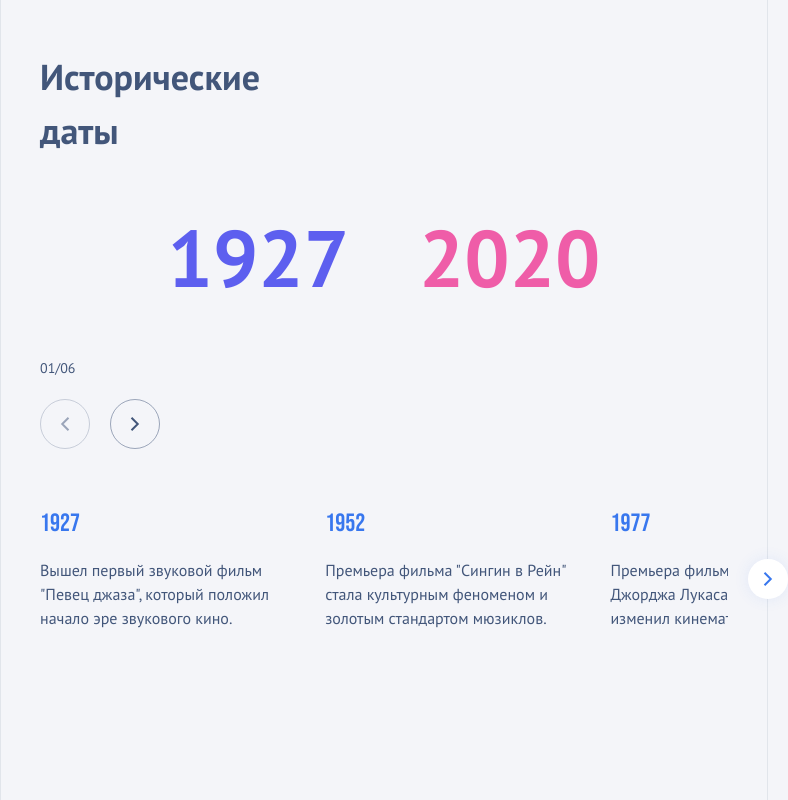
Repository: LenarTulupov/only
Page: /
These files come from the project's save history. The page is drawn as it stood at one moment and after the next save; the edit follows.
The browser window is 768 px wide. The page is 788 px wide, so the pictures cover 788 px, including what lies to the right of the window. The pictures show the whole page.
The project was rebuilt for these pictures with package versions that can differ from the ones it lists, and the page was loaded fresh each time.

Above is the page before, as saved 2024-12-19 02:12:57.

### public/index.html
<!DOCTYPE html>
<html lang="en">
  <head>
    <meta charset="utf-8" />
    <link rel="icon" href="%PUBLIC_URL%/favicon.ico" />
    <meta name="viewport" content="width=device-width, initial-scale=1" />
    <meta name="theme-color" content="#000000" />
    <meta
      name="description"
      content="Web site created using create-react-app"
    />
    <link rel="apple-touch-icon" href="%PUBLIC_URL%/logo192.png" />
    <link rel="manifest" href="%PUBLIC_URL%/manifest.json" />
    <title>Only Test</title>
  </head>
  <body>
    <noscript>You need to enable JavaScript to run this app.</noscript>
    <div id="root"></div>
  </body>
</html>

### src/index.tsx
import React from 'react';
import ReactDOM from 'react-dom/client';
import Router from './router/router';
import './globals.scss'

const root = ReactDOM.createRoot(
  document.getElementById('root') as HTMLElement
);
root.render(
  <React.StrictMode>
    <Router />
  </React.StrictMode>
);

### src/router/router.tsx
import { BrowserRouter, Route, Routes } from "react-router-dom";
import HomePage from "../pages/home/page";
import PagesLayout from "../layouts/pages-layout";

export default function Router() {
  return (
    <BrowserRouter>
      <Routes>
        <Route element={<PagesLayout />}>
          <Route path="/" element={<HomePage />} />
        </Route>
      </Routes>
    </BrowserRouter>
  )
};

### src/globals.scss
@import url('https://fonts.googleapis.com/css2?family=Bebas+Neue&family=PT+Sans:wght@400;700&display=swap');

:root {
  --background-color: #F4F5F9;
  --main-color: #42567a;
  --main-color-rgba: rgba(66, 86, 122, 0.5);
  --accent-color: #5D5FEF;
  --light-accent-color: #3877EE;
  --accent-second: #EF5DA8;
  --font-main: "PT Sans", serif;
  --font-second: "Bebas Neue", serif;
  --line-height: 150%;
  --font-size-main: 56px;
  --font-size-small: 14px;
  --font-size-big: 200px;
}
body {
  margin: 0;
  padding: 0;
  background-color: var(--background-color);
  color: var(--black-color);
  font-family: var(--font-main);
  line-height: var(--line-height);
}
ul {
  padding: 0;
  margin: 0;
}

li {
  list-style-type: none;
}

a {
  color: var(--black-color);
  text-decoration: none;
}

h1 {
  margin: 0;
}

### src/pages/home/page.tsx
import Container from "../../components/ui/container/container";
import Divider from "../../components/ui/divider/divider";
import HistorySection from "./history/history";
import styles from './page.module.scss';

export default function HomePage() {
  return (
    <div className={styles['home-page']}>
      <Container>
        <div className={styles['home-page__wrapper']}>
          <Divider
            position="vertical"
            className={styles.divider_vertical}
          />
          <HistorySection />
        </div>
      </Container>
    </div>
  )
};

### src/layouts/pages-layout.tsx
import { Outlet } from 'react-router-dom';
import styles from './pages-layout.module.scss';

export default function PagesLayout() {
  return (
    <div className={styles['pages-layout']}>
      <Outlet />
    </div>
  )
};

### src/components/ui/container/container.tsx
import { ReactNode } from "react"
import styles from './container.module.scss';

interface IContainer {
  children: ReactNode;
}

export default function Container({ children }: IContainer) {
  return (
    <div className={styles.container}>
      {children}
    </div>
  )
};

### src/components/ui/divider/divider.tsx
import styles from './divider.module.scss';

interface IDivider {
  position?: 'horizontal' | 'vertical';
  className?: string;
}

export default function Divider({
  position = 'horizontal', className }: IDivider) {
  return <div className={`
    ${styles.divider}
    ${styles[`divider_${position}`]}
    ${className || ''}
  `}/>
};

### src/pages/home/history/history.tsx
import { useState } from "react";
import Title from "../../../components/ui/title/title";
import { circleItems } from "../../../constants/circle-items";
import Circle from "./circle/circle";
import styles from './history.module.scss';
import StepNavigation from "./step-navigation/step-navigation";
import ContentContainer from "../../../components/ui/content-container/content-container";
import Divider from "../../../components/ui/divider/divider";
import Dates from "./dates/dates";
import HistorySlider from "./history-slider/history-slider";

export default function HistorySection() {
  const [activeButton, setActiveButton] = useState<number>(1);
  const activeCategory = circleItems.find((item) => item.id === activeButton);
  const firstDate = activeCategory?.events[0]?.year;
  const lastDate = activeCategory?.events.at(-1)?.year;
  return (
    <section className={styles.history}>
      <Title className={styles.history__title} showBefore>
        Исторические даты
      </Title>
      <div className={styles['history__circle-wrapper']}>
        <Circle
          className={styles.history__circle}
          activeButton={activeButton}
          setActiveButton={setActiveButton}
        />
        <Divider
          position="horizontal"
          className={styles['history__line-center']}
        />
        <Dates
          className={styles.history__dates}
          firstDate={firstDate}
          lastDate={lastDate}
        />
      </div>
      <ContentContainer>
        <StepNavigation
          activeButton={activeButton}
          setActiveButton={setActiveButton}
        />
        <HistorySlider
          activeCategory={activeCategory}
        />
      </ContentContainer>
    </section>
  )
};

### src/pages/home/page.module.scss
.home-page {
  &__wrapper {
    position: relative;
    min-height: 100vh;
    .divider_vertical {
      position: absolute;
      top: 0;
      left: 50%;
      transform: translateX(-50%);
      z-index: -10;
    }
  }

  &__wrapper::before {
    content: "";
    position: absolute;
    top: 0;
    bottom: 0;
    left: 0;
    width: 1px;
    background-color: var(--main-color);
    opacity: 0.1;
  }

  &__wrapper::after {
    content: "";
    position: absolute;
    top: 0;
    bottom: 0;
    right: 0;
    width: 1px;
    background-color: var(--main-color);
    opacity: 0.1;
  }
}
@media(max-width: 768px) {
  .divider_vertical {
    display: none;
  }
}

### src/components/ui/container/container.module.scss
.container {
  max-width: 1440px;
  margin: 0 auto;
}

### src/components/ui/divider/divider.module.scss
.divider {
  background-color: var(--main-color);
  opacity: 0.1;
  &_horizontal {
    width: 100%;
    height: 1px;
  }
  &_vertical {
    width: 1px;
    height: 100%;
  }
}

### src/components/ui/title/title.tsx
import { ReactNode } from 'react';
import styles from './title.module.scss';

interface ITitle {
  children: ReactNode;
  className?: string;
  color?: 'main' | 'blue' | 'light-blue' | 'pink';
  size?: 'main' | 'small'| 'big';
  showBefore?: boolean;
}

export default function Title({
  children,
  className,
  color = 'main',
  size = 'main',
  showBefore = false }: ITitle) {
  return (
    <h1
      className={`
        ${styles.title}
        ${className || ''}
        ${styles[`title__color-${color}`]}
        ${styles[`title__size-${size}`]}
        ${showBefore ? styles['title_before'] : ''}
      `}>
      {children}
    </h1>
  )
};

### src/pages/home/history/circle/circle.tsx
import { useEffect, useRef, Dispatch, SetStateAction } from 'react';
import { gsap } from 'gsap';
import { circleItems } from '../../../../constants/circle-items';
import styles from './circle.module.scss';

interface ICircle {
  className?: string;
  activeButton: number;
  setActiveButton: Dispatch<SetStateAction<number>>;
}

export default function Circle({
  className,
  activeButton,
  setActiveButton }: ICircle) {
  const circleRef = useRef<HTMLDivElement>(null);
  const buttonsRef = useRef<HTMLDivElement[]>([]);

  const handleActiveButton = (btnId: number) => {
    setActiveButton(btnId);
  };

  useEffect(() => {
    const rotationAngle = (1 - activeButton) * 60;
    gsap.to(circleRef.current, {
      rotate: rotationAngle,
      duration: 0.5,
      ease: 'power2.out',
    });

    buttonsRef.current.forEach((btn) => {
      let buttonRotation = 0;

      switch (activeButton) {
        case 2:
          buttonRotation = 60;
          break;
        case 3:
          buttonRotation = 120;
          break;
        case 4:
          buttonRotation = 180;
          break;
        case 5:
          buttonRotation = 240;
          break;
        case 6:
          buttonRotation = 300;
          break;
        default:
          buttonRotation = 0;
          break;
      }

      gsap.to(btn, {
        rotate: buttonRotation,
        duration: 0.5,
        ease: 'power2.out',
      });
    });
  }, [activeButton]);

  return (
    <div ref={circleRef} className={`${styles.circle} ${className || ''}`}>
      {circleItems.map((item, index) => {
        const btnId = index + 1;
        return (
          <div
            key={btnId}
            ref={(el) => (buttonsRef.current[index] = el!)}
            className={`
                ${styles[`circle__btn-${btnId}`]}
                ${styles.circle__btn}
                ${activeButton === btnId ? styles.active : ''}
              `}
            onClick={() => handleActiveButton(btnId)}
          >
            {btnId}
            <span
              className={`
                  ${styles['sub-title']}
                  ${activeButton === btnId ? styles.active : ''}
                `}
            >
              {item.category}
            </span>
          </div>
        );
      })}
    </div>
  );
}

### src/pages/home/history/history.module.scss
.history {
  padding: 50px 0;
  &__title {
    padding-left: 78px;
    width: 353px;
  }
  &__circle-wrapper {
    position: relative;
  }
  &__circle {
    margin: 0 auto;
  }
  &__line-center {
    position: absolute;
    top: 50%;
    left: 0;
    transform: translateY(-50%);
    z-index: -10;
  }
}
@media (max-width: 1100px) {
  .history__dates {
    font-size: 150px;
    gap: 190px !important;
  }
}
@media (max-width: 992px) {
  .history {
    &__title {
      font-size: 46px;
      padding-left: 40px;
    }
  }
}
@media (max-width: 900px) {
  .history__dates {
    font-size: 120px;
  }
}
@media (max-width: 768px) {
  .history {
    &__title {
      font-size: 36px;
      width: 230px;
    }
    &__circle {
      display: none;
    }
    &__circle-wrapper {
      margin: 40px 0;
    }
    &__dates {
      justify-content: center;
      font-size: 80px;
      position: static !important;
      gap: 70px !important;
      transform: translate(0) !important;
      text-align: center;
    }
    &__line-center {
      display: none;
    }
  }
}

### src/pages/home/history/step-navigation/step-navigation.tsx
import { Dispatch, SetStateAction } from "react";
import NavigationButtons from "./navigation-buttons/navigation-buttons";
import SliderStep from "./slider-step/slider-step";
import styles from './step-navigation.module.scss';

interface IStepNavigation {
  className?: string;
  activeButton: number;
  setActiveButton: Dispatch<SetStateAction<number>>;
}

export default function StepNavigation({
  className,
  activeButton,
  setActiveButton }: IStepNavigation) {

    const handleNext = () => {
      setActiveButton((p) => (p < 6 ? p + 1 : 1));
    };

    const handlePrev = () => {
      setActiveButton((p) => (p > 1 ? p - 1 : 6));
    };

    return (
      <div className={`${styles['step-navigation']} ${className || ''}`}>
        <SliderStep activeButton={activeButton} />
        <NavigationButtons
          handleNext={handleNext}
          handlePrev={handlePrev}
          isBeginning={activeButton === 1}
          isEnd={activeButton === 6}
        />
      </div>
    );
};

### src/components/ui/content-container/content-container.tsx
import { ReactNode } from 'react';
import styles from './content-container.module.scss';

interface IContentContainer {
  children: ReactNode;
  className?: string;
}

export default function ContentContainer({
  children, className }: IContentContainer) {
  return (
    <div className={`${styles['content-container']} ${className || ''}`}>
      {children}
    </div>
  )
};

### src/pages/home/history/dates/dates.tsx
import { useEffect, useState } from 'react';
import Title from '../../../../components/ui/title/title';
import styles from './dates.module.scss';

interface IDates {
  className?: string;
  firstDate: string;
  lastDate: string;
}

export default function Dates({ className, firstDate, lastDate }: IDates) {
  const [currentFirstDate, setCurrentFirstDate] = useState(Number(firstDate));
  const [currentLastDate, setCurrentLastDate] = useState(Number(lastDate));

  useEffect(() => {
    const animateNumber = (
      from: number,
      to: number,
      setNumber: React.Dispatch<React.SetStateAction<number>>
    ) => {
      const stepTime = 20;
      const steps = 50;
      const delta = (to - from) / steps;

      let currentStep = 0;
      const interval = setInterval(() => {
        currentStep += 1;
        const nextValue = from + delta * currentStep;
        setNumber(Math.round(nextValue));

        if (currentStep >= steps) {
          clearInterval(interval);
          setNumber(to);
        }
      }, stepTime);
    };

    animateNumber(Number(currentFirstDate), Number(firstDate), setCurrentFirstDate);
    animateNumber(Number(currentLastDate), Number(lastDate), setCurrentLastDate);
  }, [firstDate, lastDate]);
  return (
    <div className={`${styles.dates} ${className || ''}`}>
      <Title className={className} color='blue' size='big'>{currentFirstDate}</Title>
      <Title className={className} color='pink' size='big'>{currentLastDate}</Title>
    </div>
  )
};

### src/pages/home/history/history-slider/history-slider.tsx
import { useEffect, useRef, useState } from "react";
import { Swiper, SwiperClass, SwiperSlide } from "swiper/react";
import { Navigation } from "swiper/modules";
import { IHistorySlider } from "../../../../types/history-slider.interface";
import SliderContent from "./slider-content/slider-content";
import ArrowButton from "../../../../components/ui/arrow-button/arrow-button";
import "swiper/css";
import "swiper/css/navigation";
import styles from "./history-slider.module.scss";

export default function HistorySlider({ className, activeCategory }: IHistorySlider) {
  const [prevCategory, setPrevCategory] = useState(activeCategory);
  const [isBeginning, setIsBeginning] = useState(true);
  const [isEnd, setIsEnd] = useState(false);
  const containerRef = useRef<HTMLDivElement | null>(null);
  const prevRef = useRef<HTMLDivElement | null>(null);
  const nextRef = useRef<HTMLDivElement | null>(null);
  const swiperRef = useRef<SwiperClass | null>(null);

  useEffect(() => {
    if (prevCategory?.id !== activeCategory?.id) {
      if (containerRef.current) {
        containerRef.current.classList.add(styles["fade-out"]);

        setTimeout(() => {
          if (containerRef.current) {
            containerRef.current.classList.remove(styles["fade-out"]);
            setPrevCategory(activeCategory);
            containerRef.current.classList.add(styles["fade-in"]);

            setTimeout(() => {
              if (containerRef.current) {
                containerRef.current.classList.remove(styles["fade-in"]);
              }
            }, 500);
          }
        }, 500);
      }
    }
  }, [activeCategory, prevCategory]);

  useEffect(() => {
    if (swiperRef.current) {
      const { navigation } = swiperRef.current.params;

      if (navigation && typeof navigation !== 'boolean') {
        navigation.prevEl = prevRef.current;
        navigation.nextEl = nextRef.current;

        swiperRef.current.navigation.destroy();
        swiperRef.current.navigation.init();
        swiperRef.current.navigation.update();
      }

      setIsBeginning(swiperRef.current.isBeginning);
      setIsEnd(swiperRef.current.isEnd);

      swiperRef.current.on("slideChange", () => {
        setIsBeginning(swiperRef.current.isBeginning);
        setIsEnd(swiperRef.current.isEnd);
      });

      return () => {
        swiperRef.current?.off("slideChange");
      };
    }
  }, [activeCategory]);

  useEffect(() => {
    if (swiperRef.current) {
      swiperRef.current.slideTo(0, 0);
    }
  }, [activeCategory]);

  return (
    <div
      ref={containerRef}
      className={`${className || ""} ${styles["history-slider"]}`}
    >
      <Swiper
        spaceBetween={40}
        slidesPerView={1.5}
        modules={[Navigation]}
        onSwiper={(swiper) => {
          swiperRef.current = swiper;
        }}
        breakpoints={{
          1200: {
            spaceBetween: 80,
            slidesPerView: 3.5
          },
          768: {
            slidesPerView: 2.5,
            spaceBetween: 25
          },
        }}
      >
        {activeCategory?.events.map((event) => (
          <SwiperSlide key={event.id}>
            <SliderContent year={event.year} text={event.title} />
          </SwiperSlide>
        ))}
      </Swiper>

      {!isBeginning && (
        <div ref={prevRef} className={styles.prev}>
          <ArrowButton
            onClick={() => swiperRef.current?.slidePrev()}
            slider
            disabled={isBeginning}
          />
        </div>
      )}
      {!isEnd && (
        <div ref={nextRef} className={styles.next}>
          <ArrowButton
            rotation="right"
            onClick={() => swiperRef.current?.slideNext()}
            slider
            disabled={isEnd}
          />
        </div>
      )}
    </div>
  );
}

### src/components/ui/title/title.module.scss
.title {
  line-height: 150%;
  position: relative;
  &::before {
    content: "";
    position: absolute;
    top: 50%;
    transform: translateY(-50%);
    left: 0;
    height: 120px;
    width: 6px;
    background: linear-gradient(to bottom, var(--accent-color) 0%, var(--accent-second) 100%);
    visibility: hidden;
  }
  &.title_before::before {
    visibility: visible;
    @media(max-width: 768px) {
      visibility: hidden;
    }
  }
  &__color-main {
    color: var(--main-color);
  }

  &__color-blue {
    color: var(--accent-color);
  }
  &__color-light-blue {
    color: var(--light-accent-color);
  }

  &__color-pink {
    color: var(--accent-second);
  }

  &__size-main {
    font-size: var(--font-size-main);
  }
  &__size-small {
    font-size: var(--font-size-small);
  }

  &__size-big {
    font-size: var(--font-size-big);
  }
}

### src/pages/home/history/circle/circle.module.scss
.circle {
  position: relative;
  width: 530px;
  height: 530px;
  border: 1px solid rgba(66, 86, 122, 0.1);
  border-radius: 100%;
  display: flex;
  justify-content: center;
  align-items: center;
  transform-origin: center;
}

.circle__btn {
  position: absolute;
  display: flex;
  align-items: center;
  justify-content: center;
  width: 6px;
  height: 6px;
  border: none;
  background-color: var(--main-color);
  border-radius: 100%;
  color: var(--main-color);
  line-height: 30px;
  font-size: 0;
  cursor: pointer;
  transition: width 0.3s ease-in-out, height 0.3s ease-in-out, font-size 0.3s ease-in-out;
}

.circle__btn::before {
  content: "";
  position: absolute;
  top: 50%;
  left: 50%;
  transform: translate(-50%, -50%);
  width: 25px;
  height: 25px;
  border-radius: 100%;
  background: transparent;
}

.sub-title {
  position: absolute;
  top: 50%;
  left: 0;
  transform: translateY(-50%);
  margin-left: 76px;
  font-weight: bold;
  opacity: 0;
  transition: opacity 0.3s ease-in-out;
}

.sub-title.active {
  opacity: 1;
}

.circle__btn:hover,
.circle__btn.active {
  width: 56px;
  height: 56px;
  font-size: 16px;
  background-color: #f4f5f9;
  outline: 1px solid rgba(48, 62, 88, 0.5);
}

.circle__btn-1 {
  transform: rotate(300deg) translateX(265px) rotate(-300deg);
}
.circle__btn-2 {
  transform: rotate(0deg) translateX(265px) rotate(0deg);
}
.circle__btn-3 {
  transform: rotate(60deg) translateX(265px) rotate(-60deg);
}
.circle__btn-4 {
  transform: rotate(120deg) translateX(265px) rotate(-120deg);
}
.circle__btn-5 {
  transform: rotate(180deg) translateX(265px) rotate(-180deg);
}
.circle__btn-6 {
  transform: rotate(240deg) translateX(265px) rotate(-240deg);
}

### src/pages/home/history/step-navigation/navigation-buttons/navigation-buttons.tsx
import ArrowButton from '../../../../../components/ui/arrow-button/arrow-button';
import styles from './navigation-buttons.module.scss';

interface INavigationButtons {
  handleNext: () => void;
  handlePrev: () => void;
  isBeginning: boolean;
  isEnd: boolean;
}

export default function NavigationButtons({
  handleNext,
  handlePrev,
  isBeginning,
  isEnd }: INavigationButtons) {
  return (
    <div className={styles['navigation-buttons']}>
      <ArrowButton
        onClick={handlePrev}
        disabled={isBeginning}
      />
      <ArrowButton
        rotation='right'
        onClick={handleNext}
        disabled={isEnd}
      />
    </div>
  );
};

### src/pages/home/history/step-navigation/slider-step/slider-step.tsx
import Title from "../../../../../components/ui/title/title";
import styles from './slider-step.module.scss';

interface ISliderStep {
  activeButton: number;
}

export default function SliderStep({ activeButton }: ISliderStep) {
  return <Title size="small" className={styles.font}>0{activeButton}/06</Title>
};

### src/pages/home/history/step-navigation/step-navigation.module.scss
.step-navigation {
  display: flex;
  flex-direction: column;
  row-gap: 20px;
}

### src/components/ui/content-container/content-container.module.scss
.content-container {
  max-width: 1440px;
  margin: 0 auto;
  padding: 0 80px;
  @media(max-width: 768px) {
    padding: 0 40px;
  }
}

### src/pages/home/history/dates/dates.module.scss
.dates {
  position: absolute;
  top: 50%;
  left: 50%;
  transform: translate(-50%, -50%);
  display: flex;
  gap: 80px;
  z-index: -1;
}

### src/pages/home/history/history-slider/slider-content/slider-content.tsx
import Text from "../../../../../components/ui/text/text";
import Title from "../../../../../components/ui/title/title";
import styles from './slider-content.module.scss';

interface ISliderContent {
  year: string;
  text: string;
}

export default function SliderContent({ year, text }: ISliderContent) {
  return (
    <div className={styles['slider-content']}>
      <Title
        size="small"
        color="light-blue"
        className={styles['slider-content__title']}
      >
        {year}
      </Title>
      <Text text={text} />
    </div>
  )
};

### src/components/ui/arrow-button/arrow-button.tsx
import styles from './arrow-button.module.scss';

interface IArrowButton {
  rotation?: 'left' | 'right'
  onClick?: () => void;
  slider?: boolean;
  disabled?: boolean;
  className?: string;
}

export default function ArrowButton({
  rotation,
  onClick,
  slider = false,
  disabled = false,
  className}: IArrowButton) {
  return (
    <button
      className={`
        ${styles['arrow-button']}
        ${styles[rotation]}
        ${slider ? styles['arrow-button_slider'] : ''}
        ${className || ''}
        ${disabled ? styles.disabled : ''}
      `}
      onClick={onClick}
      disabled={disabled}
    >
      <svg width="10" height="14" viewBox="0 0 10 14" fill="none" xmlns="http://www.w3.org/2000/svg">
        <path d="M8.49988 0.750001L2.24988 7L8.49988 13.25" stroke="#42567A" stroke-width="2" />
      </svg>
    </button>
  )
};

### src/pages/home/history/history-slider/history-slider.module.scss
.history-slider {
  position: relative;
  margin-top: 56px;
}
.next {
  position: absolute;
  top: 50%;
  transform: translateY(-50%);
  right: -60px;
  z-index: 10;
}
.prev {
  position: absolute;
  top: 50%;
  transform: translateY(-50%);
  left: -60px;
  z-index: 10;
}

.fade-out {
  opacity: 0;
  transition: opacity 0.5s ease;
}
.fade-in {
  opacity: 1;
  transition: opacity 0.5s ease;
}

### src/pages/home/history/step-navigation/navigation-buttons/navigation-buttons.module.scss
.navigation-buttons {
  display: flex;
  column-gap: 20px;
}
.disabled {
  opacity: .5;
  cursor: auto;
}

### src/pages/home/history/step-navigation/slider-step/slider-step.module.scss
.font {
  font-weight: 400;
}

### src/components/ui/text/text.tsx
import styles from './text.module.scss';

interface IText {
  text: string;
}

export default function Text({ text }: IText) {
  return (
    <div className={styles.text}>
        { text }
    </div>
  )
};

### src/pages/home/history/history-slider/slider-content/slider-content.module.scss
.slider-content {
  display: flex;
  flex-direction: column;
  row-gap: 15px;
  cursor: grabbing;
  &__title {
    font-family: var(--font-second);
    font-weight: 400;
    font-size: 25px;
  }
}

### src/components/ui/arrow-button/arrow-button.module.scss
.arrow-button {
  width: 50px;
  height: 50px;
  display: flex;
  align-items: center;
  justify-content: center;
  border: 1px solid var(--main-color-rgba);
  background-color: transparent;
  border-radius: 100%;
  cursor: pointer;
}
.arrow-button_slider {
  width: 40px;
  height: 40px;
  background-color: #fff;
  border: none;
  box-shadow: 0 0 15px 0 rgba(56, 119, 238, 0.1);
  svg path {
    stroke: var(--light-accent-color);
  }
}
.left {
  transform: rotate(0deg);
}
.right {
  transform: rotate(180deg);
}
.disabled {
  opacity: .5;
  cursor: auto;
}

### src/components/ui/text/text.module.scss
.text {
  color: var(--main-color);
}

Loaded but not shown: src/constants/circle-items.ts (122 lines, source omitted); src/layouts/pages-layout.module.scss (no stored copy; drawn as an empty file)

After the next save:
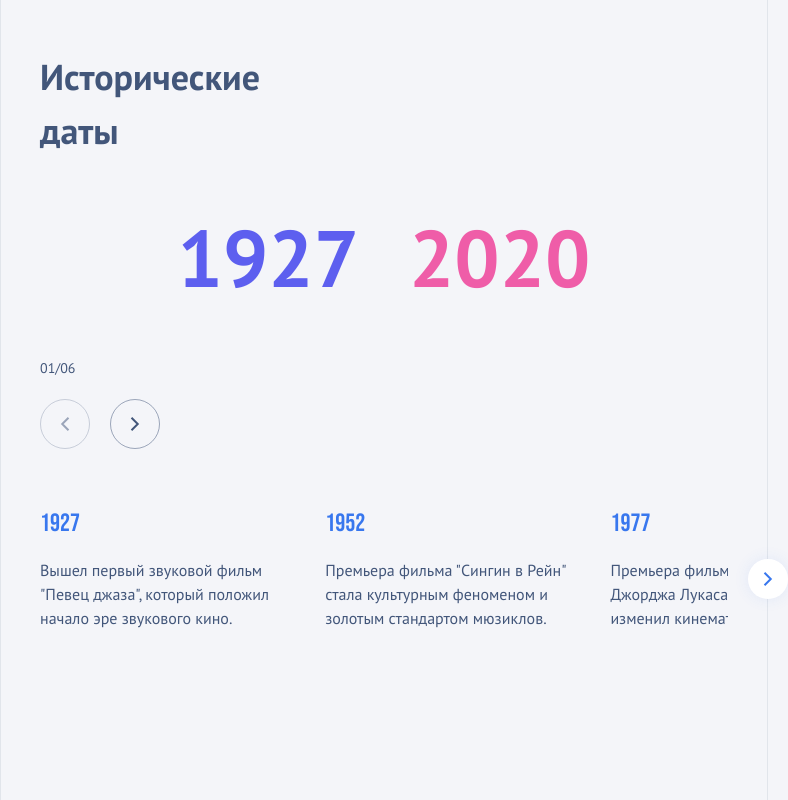
Saved 10 s later.
--- a/src/pages/home/history/history.module.scss
+++ b/src/pages/home/history/history.module.scss
@@ -53,7 +53,7 @@
       justify-content: center;
       font-size: 80px;
       position: static !important;
-      gap: 70px !important;
+      gap: 50px !important;
       transform: translate(0) !important;
       text-align: center;
     }
